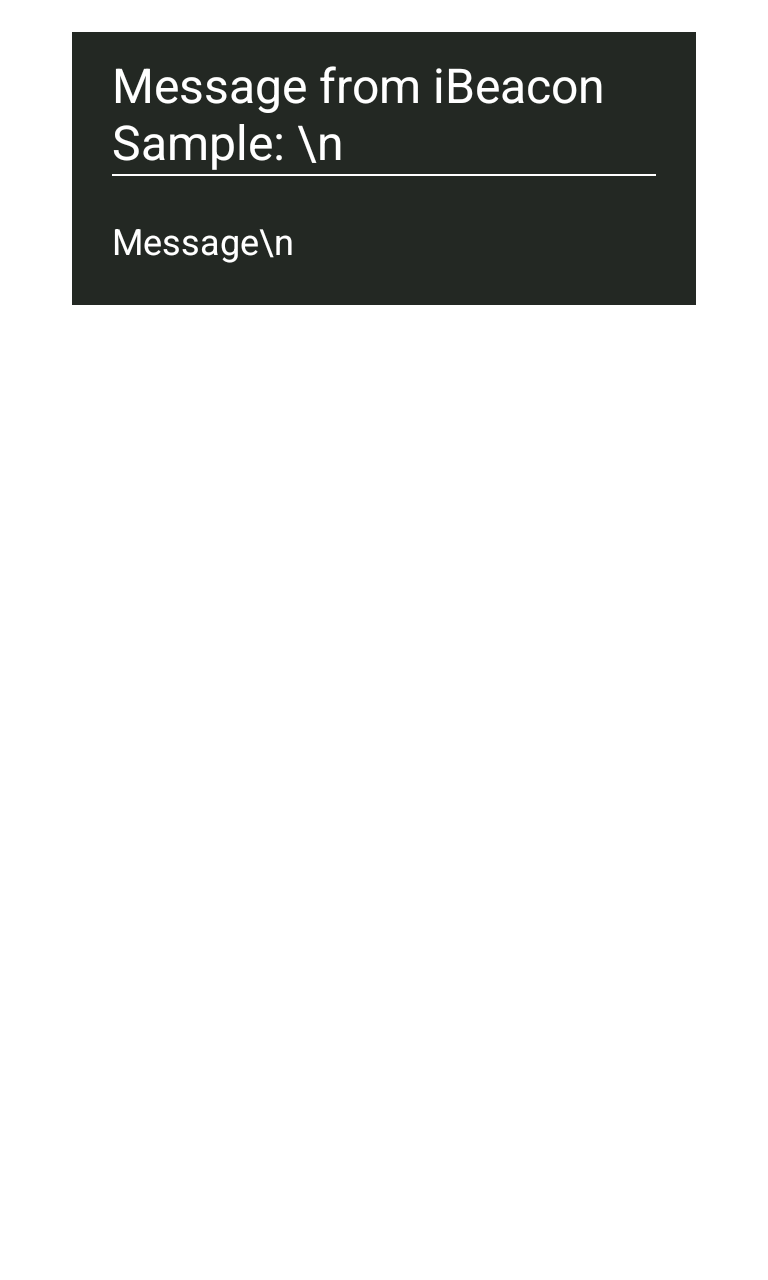
Repository: martawilgan/Android-iBeacon
Layout: iBeacon Sample/iBeaconSample/res/layout/activity_notification.xml
These files come from the project's save history. The layout is drawn as it stood at one moment and after the next save; the edit follows.
It is drawn on a 768 x 1280 px phone screen (xhdpi) without system bars, with theme AppTheme; the app's code is not run.

Above is the layout before, as saved 2014-07-10 17:22:53.

After the next save:
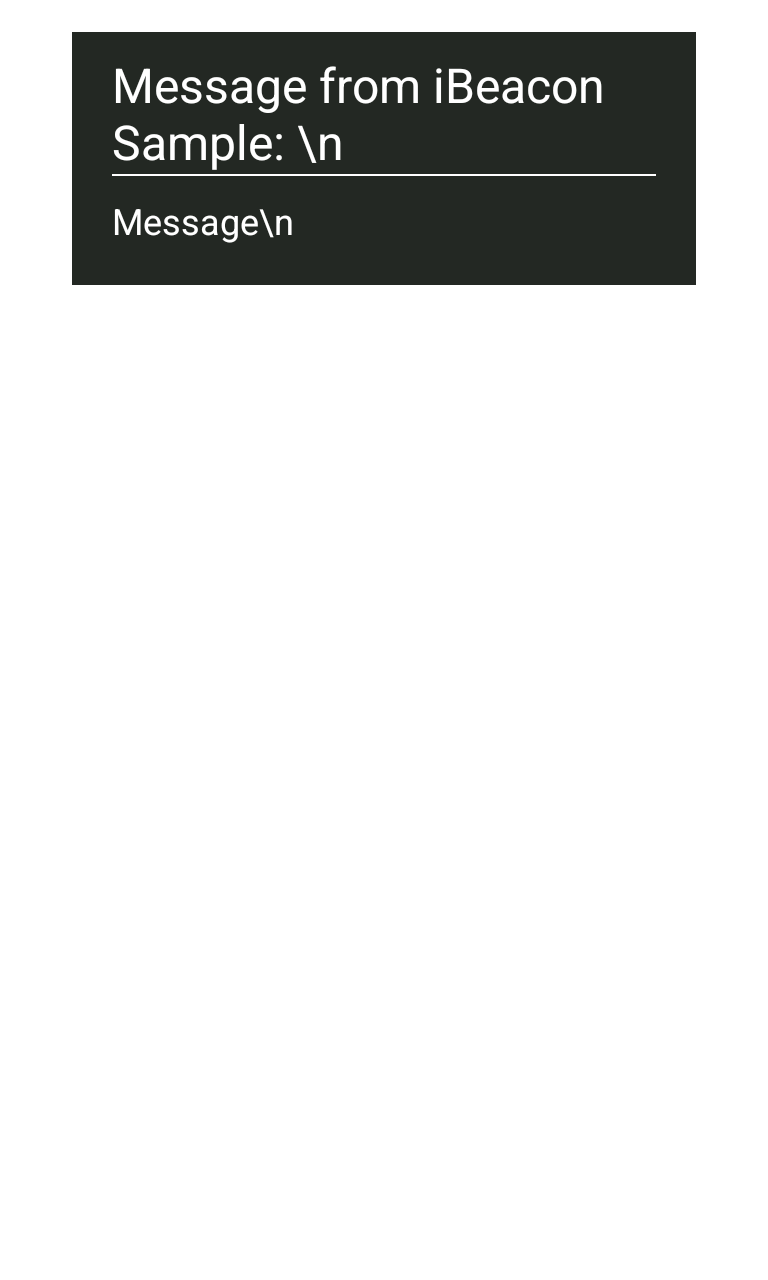
Saved 50 s later.
--- a/iBeacon Sample/iBeaconSample/res/layout/activity_notification.xml
+++ b/iBeacon Sample/iBeaconSample/res/layout/activity_notification.xml
@@ -42,7 +42,10 @@
 	        android:id="@+id/tvMsg"
 	        android:layout_width="wrap_content"
 	        android:layout_height="wrap_content"
-	        android:layout_margin="20dp"
+	        android:layout_marginTop="10dp"
+	        android:layout_marginLeft="20dp"
+			android:layout_marginRight="20dp"
+			android:layout_marginBottom="20dp"
 			android:textColor="@color/White"
 			android:textSize="18sp"
 	        android:text="Message\n" />
